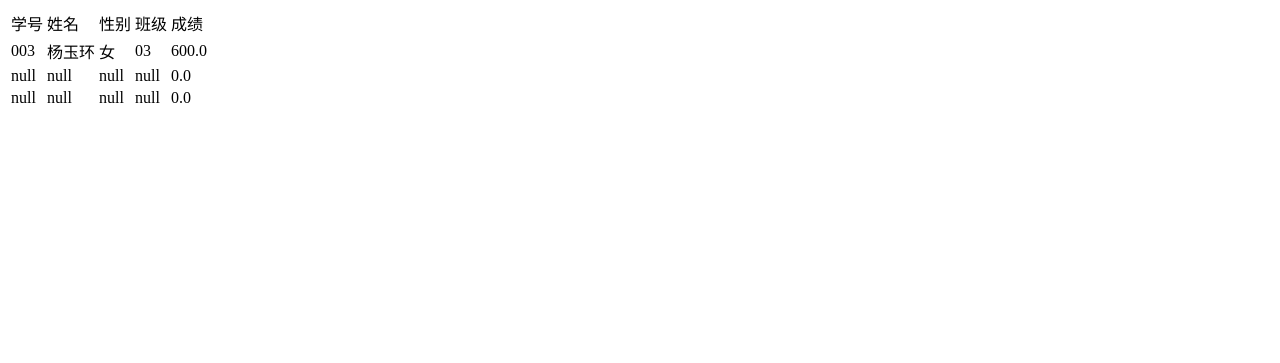
Repository: Fuhai-Chen/javaweb
Page: http://localhost/Clock/index2.jsp
The author's editor kept a copy of each file at every save. The page is drawn from the files as they stood at one save, then again after the next save.
The browser window is 1280 px wide. The pictures show the whole page.
The page is served by Tomcat 9.

Above is the page before, as saved 2020-09-16 12:52:10.

After the next save:
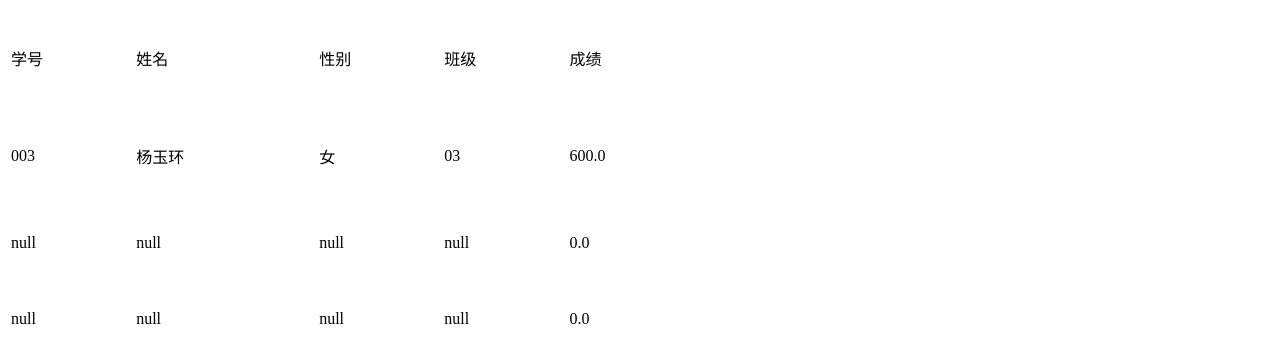
Saved 65 s later.
--- a/Clock/WebRoot/index2.jsp
+++ b/Clock/WebRoot/index2.jsp
@@ -118,7 +118,7 @@ String basePath = request.getScheme()+"://"+request.getServerName()+":"+request.
 
     %>
   <body>
-    <table>
+    <table width="700px" height="350">
     <tr>
     	<td>学号</td>
     	<td>姓名</td>
